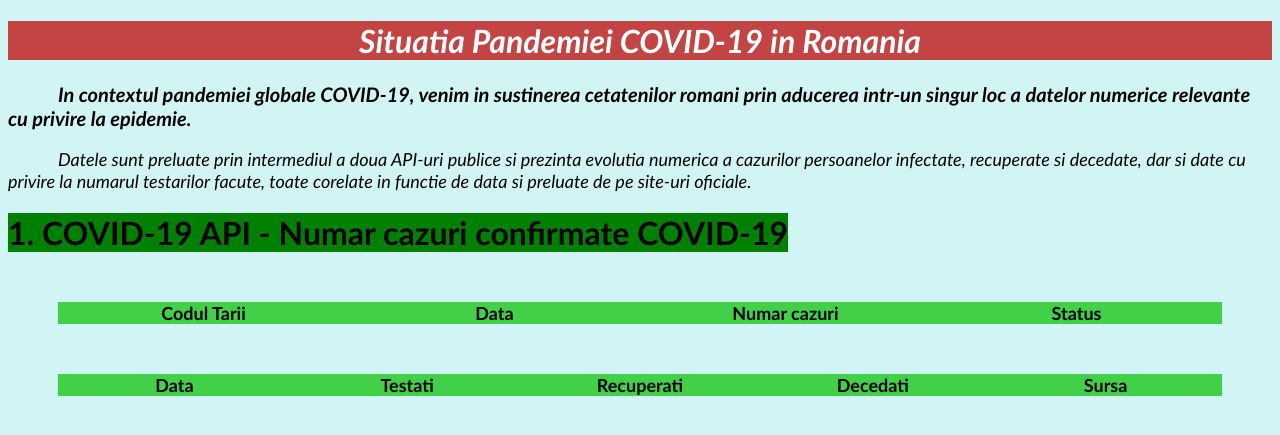
Repository: leonardpirlog/cc_2020_PL
Page: home.html
The author's editor kept a record of every edit. The page is drawn from the files as they stood at one moment, then again after the next edit.
The browser window is 1280 px wide. The pictures show the whole page.
The page's requests for data from a server got no answer.

Above is the page before.

After the next edit:
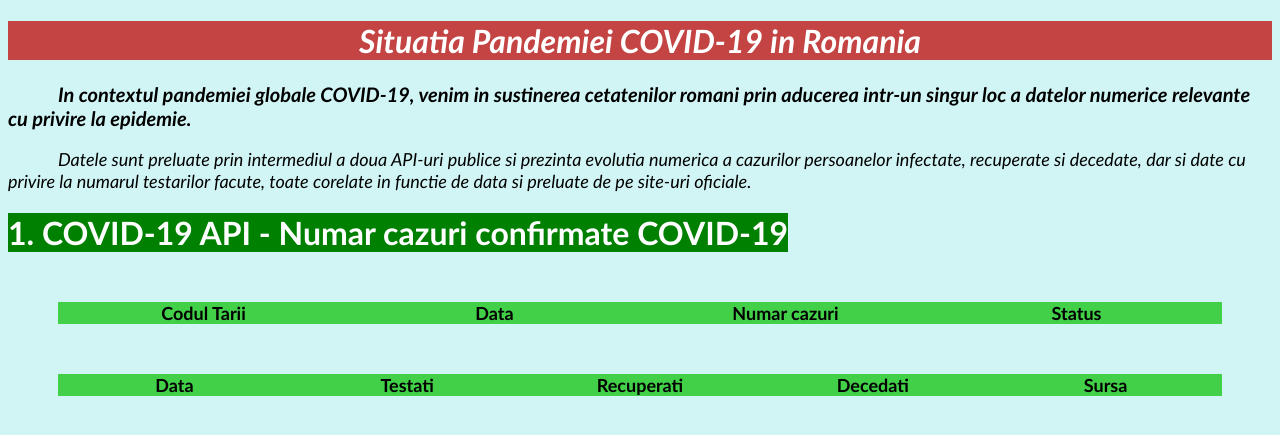
The edit:
--- a/styles.css
+++ b/styles.css
@@ -66,7 +66,7 @@
 }
 
 #subtitlu{
-
+    color:white
 }
 
 #subtitlu span{
